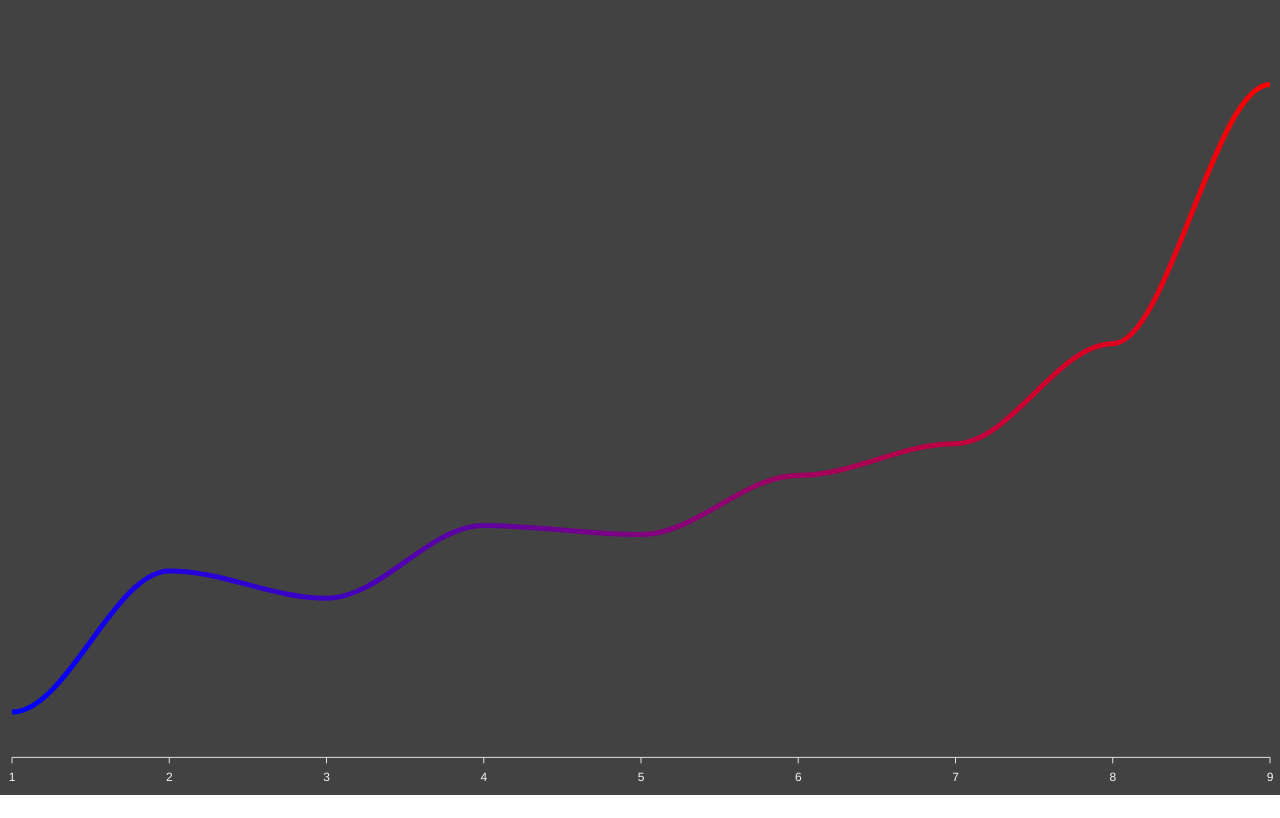
Repository: wanted-pre-onboarding-internship-1team/pre-onboarding-9th-3-1
Page: /
These files come from the project's save history. The page is drawn as it stood at one moment and after the next save; the edit follows.
The browser window is 1280 px wide. The pictures show the whole page.
The project was rebuilt for these pictures with package versions that can differ from the ones it lists, and the page was loaded fresh each time.

Above is the page before, as saved 2023-03-14 16:25:12.

### public/index.html
<!DOCTYPE html>
<html lang="en">

<head>
  <meta charset="utf-8" />
  <link rel="icon" href="%PUBLIC_URL%/favicon.ico" />
  <meta name="viewport" content="width=device-width, initial-scale=1" />
  <meta name="theme-color" content="#000000" />


  <title>React App</title>
</head>

<body>

  <div id="root"></div>

</body>

</html>

### src/index.tsx
import App from './App';
import './index.css';
import React from 'react';
import ReactDOM from 'react-dom/client';
import { BrowserRouter } from 'react-router-dom';

const root = ReactDOM.createRoot(
  document.getElementById('root') as HTMLElement
);
root.render(
  <BrowserRouter>
    <App />
  </BrowserRouter>
);

### src/App.tsx
import Router from './router/router';
import { createGlobalStyle } from 'styled-components';
import reset from 'styled-reset';

const GlobalStyle = createGlobalStyle`
  ${reset}
`;

function App() {
  return (
    <>
      <GlobalStyle />
      <Router />
    </>
  );
}

export default App;

### src/router/router.tsx
import Mainpage from '../pages/Mainpage';
import React from 'react';
import { Route, Routes } from 'react-router-dom';

export default function router() {
  return (
    <Routes>
      <Route path='/' element={<Mainpage />} />
    </Routes>
  );
}

### src/pages/Mainpage.tsx
import React from 'react';
import ApexCharts from 'react-apexcharts';

export default function Mainpage() {
  return (
    <div>
      <ApexCharts
        type='line'
        series={[
          {
            name: 'Desktops',
            data: [10, 41, 35, 51, 49, 62, 69, 91, 148],
          },
        ]}
        options={{
          theme: {
            mode: 'dark',
          },
          chart: {
            height: 200,
            width: 200,
            toolbar: {
              show: false,
            },
          },
          grid: { show: false },
          stroke: {
            curve: 'smooth',
            width: 5,
          },
          yaxis: {
            show: false,
          },

          fill: {
            type: 'gradient',
            gradient: { gradientToColors: ['blue'], stops: [0, 100] },
          },
          colors: ['red'],
        }}
      />
    </div>
  );
}

Loaded but not shown: src/index.css (common file)

After the next save:
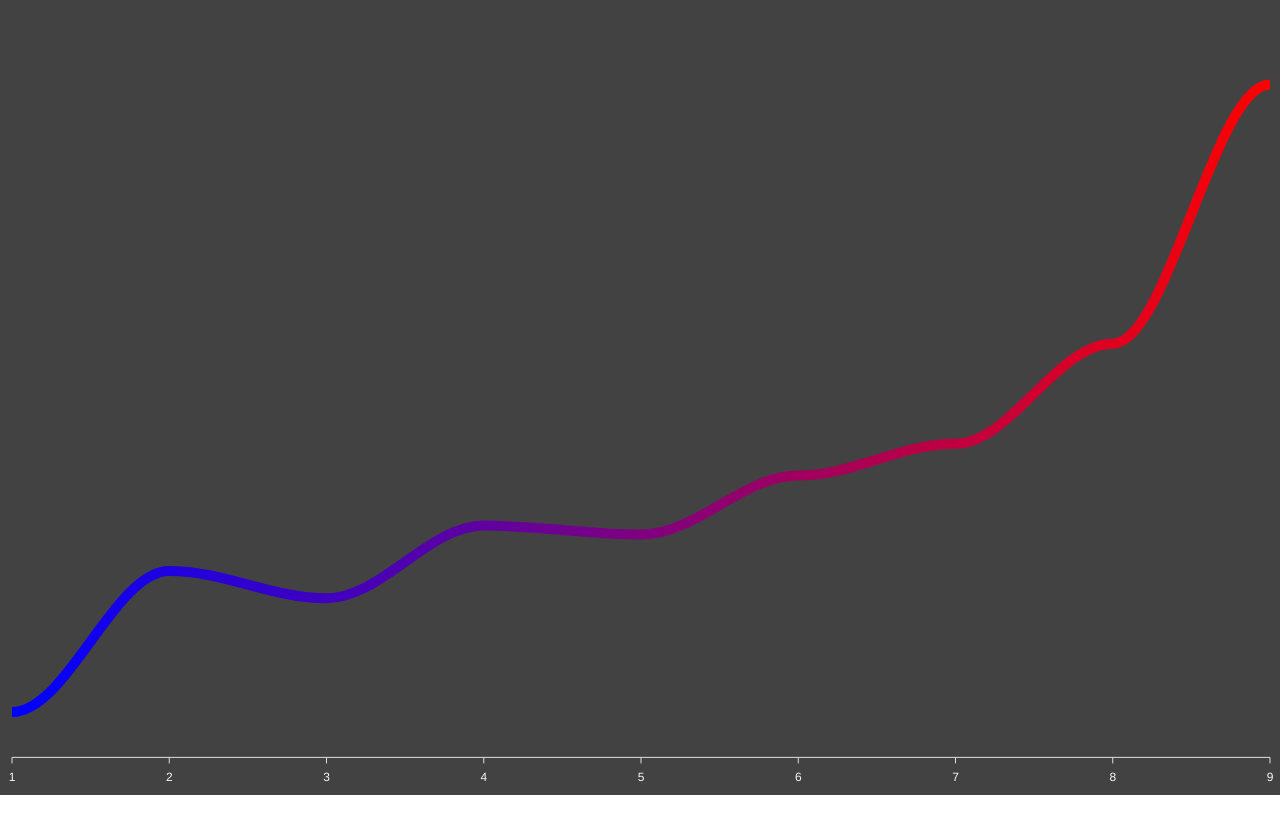
Saved 22 s later.
--- a/src/pages/Mainpage.tsx
+++ b/src/pages/Mainpage.tsx
@@ -26,7 +26,7 @@ export default function Mainpage() {
           grid: { show: false },
           stroke: {
             curve: 'smooth',
-            width: 5,
+            width: 10,
           },
           yaxis: {
             show: false,
